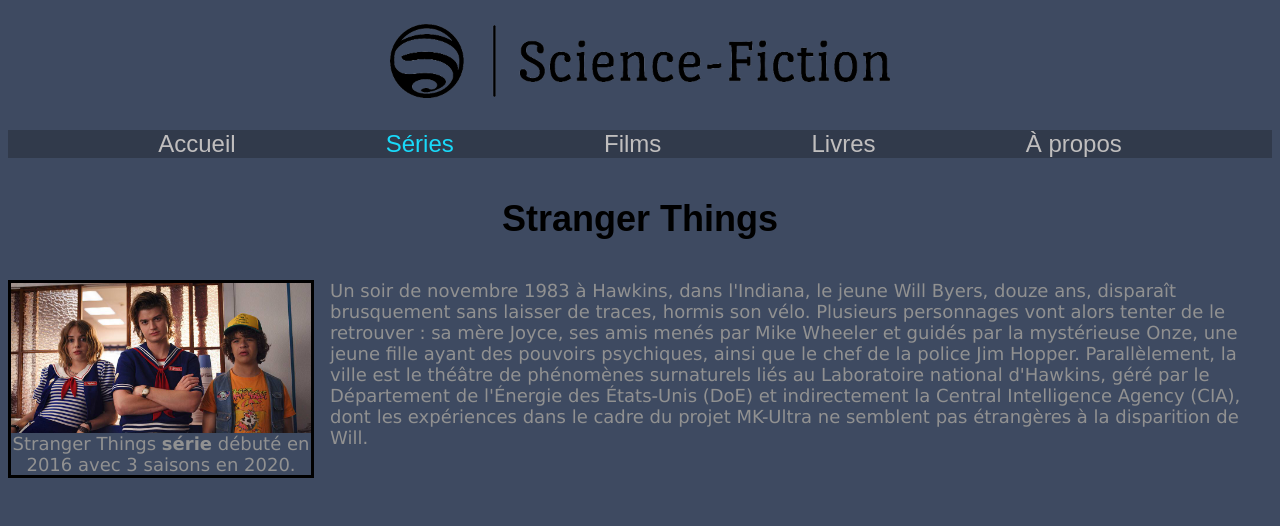
Repository: Emalios/Projet-Web
Page: html/series/stranger-things.html
An editor plug-in stored every save of this project. The page is shown before and after the next save, followed by the edit.
The browser window is 1280 px wide. The pictures show the whole page.

Above is the page before, as saved 2020-11-11 18:17:42.

### html/series/stranger-things.html
<!DOCTYPE html>
<html lang="fr" dir="ltr">

<head>
  <meta charset="utf-8">
  <meta name="viewport" content="width=device-width, initial-scale=1.0">
  <title>Stranger Things</title>
  <link rel="icon" href="../../images/small_icon.png" type="image/png">
  <link rel="stylesheet" href="../../css/common.css">
  <link rel="stylesheet" href="../../css/description.css">
</head>

<body>
  <header>
    <img id="logo" src="../../images/logo_large.png" alt="logo de Science-fiction">

    <nav class="navbar">
      <a href="../../index.html" class="nav-link">Accueil</a>
      <a href="../series.html" id="active" class="nav-link">Séries</a>
      <a href="../films.html" class="nav-link">Films</a>
      <a href="../livres.html" class="nav-link">Livres</a>
      <a href="../a-propos.html" class="nav-link">À propos</a></li>
    </nav>
  </header>
  <h1 id="title">Stranger Things</h1>
  <figure class="figure_descriptive">
    <img class="image_descriptive" alt="Les protagonistes de Stranger Things" src="../../images/page-serie/stranger-things-scene.jpg" />
    <figcaption class="description">Stranger Things <b>série</b> débuté en 2016 avec 3 saisons en 2020.</figcaption>
  </figure>

  <p class="resume">
    Un soir de novembre 1983 à Hawkins, dans l'Indiana, le jeune Will Byers, douze ans, disparaît brusquement sans laisser de traces, hormis son vélo. Plusieurs personnages vont alors tenter de le retrouver : sa mère Joyce, ses amis menés par Mike
    Wheeler et guidés par la mystérieuse Onze, une jeune fille ayant des pouvoirs psychiques, ainsi que le chef de la police Jim Hopper. Parallèlement, la ville est le théâtre de phénomènes surnaturels liés au Laboratoire national d'Hawkins, géré par
    le Département de l'Énergie des États-Unis (DoE) et indirectement la Central Intelligence Agency (CIA), dont les expériences dans le cadre du projet MK-Ultra ne semblent pas étrangères à la disparition de Will.
  </p>




</body>

</html>

### css/common.css
body {
  background-color: #3e4a61;
  font-size: 18px;
  font-family: "Source Sans Pro", sans-serif;
}

#logo {
  display: block;
  margin-left: auto;
  margin-right: auto;
  padding-top: 1rem;
  padding-bottom: 2rem;
  max-width: 500px;
}

ul {
  list-style: none outside none;
}

.navbar {
  font-size: 24px;
  display: flex;
  flex-wrap: wrap;
  justify-content: space-evenly;
  padding: 0;
  background-color: #313a4b;
}

.nav-link, .footer-link {
  text-decoration: none;
  color: #c0bebe;
}

.nav-link:hover {
  color: #19dafa;
}

#active {
  color: #19dafa !important;
}

#title {
  text-align: center;
  padding: 1rem;
}

footer {
  background-color: #272e3a;
  text-align: center;
}

@media all and (max-width: 700px) {
  #logo {
    display: block;
    margin-left: auto;
    margin-right: auto;
    padding-top: 1em;
    width: 85%;
    max-width: 500px;
  }

}

### css/description.css
.resume, .description {
    color: #919191;
    font-family: Verdana, sans-serif;
}

.figure_descriptive {
    margin: 0;
    margin-right: 1rem;
    width: min-content;
    display: flex;
    flex-direction: column;
    float: left;
    text-align: center;
    border: solid;
}

.description {
    margin: 0;
    width: 100%;
    text-align: center;
}

.image_descriptive {
    float: left;
    width: 100%;
    min-width: 300px;
  }

After the next save:
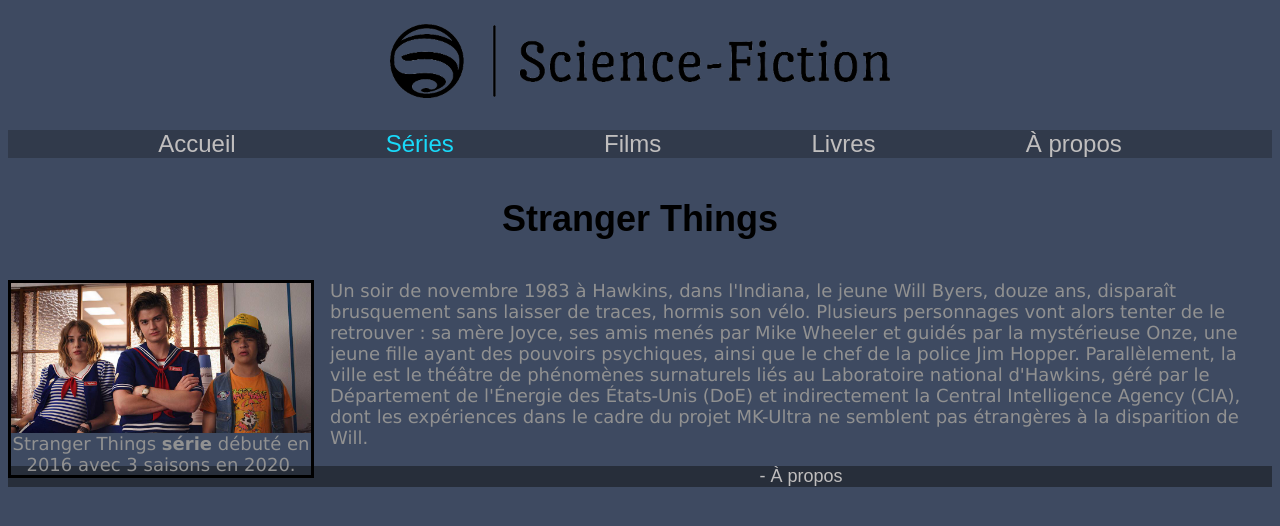
Saved 21 min 15 s later.
--- a/html/series/stranger-things.html
+++ b/html/series/stranger-things.html
@@ -34,7 +34,7 @@
     le Département de l'Énergie des États-Unis (DoE) et indirectement la Central Intelligence Agency (CIA), dont les expériences dans le cadre du projet MK-Ultra ne semblent pas étrangères à la disparition de Will.
   </p>
 
-
+  <footer><a href="html/a-propos.html" class="footer-link">- À propos</a></footer>
 
 
 </body>
